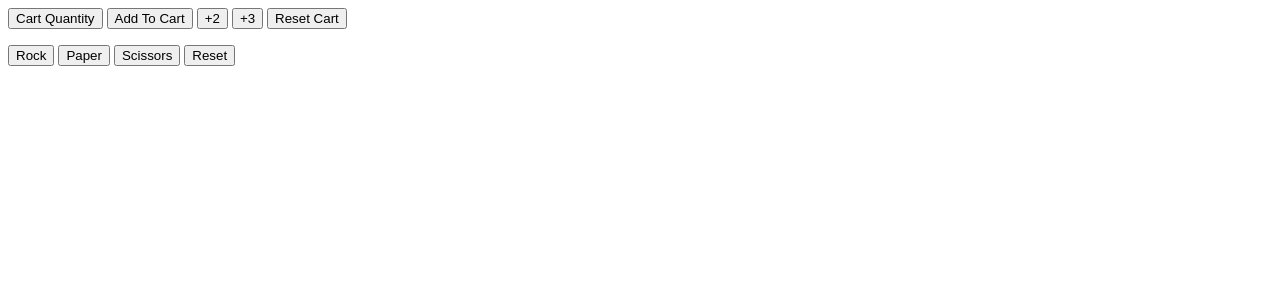
Repository: EguJaredoBoyd/Jared-Learning-Projects
Page: javascript-tutorial.html
These files come from the project's save history. The page is drawn as it stood at one moment and after the next save; the edit follows.
The browser window is 1280 px wide. The pictures show the whole page.

Above is the page before, as saved 2025-07-02 23:36:51.

After the next save:
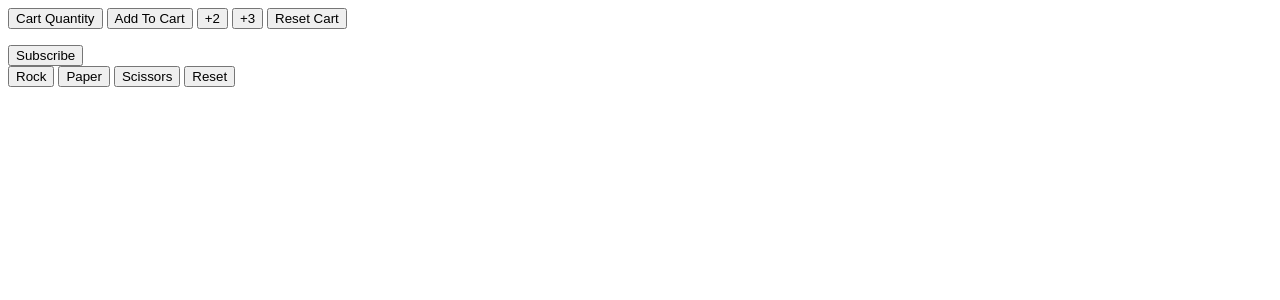
Saved 37 h 37 min later.
--- a/javascript-tutorial.html
+++ b/javascript-tutorial.html
@@ -20,6 +20,7 @@
             cartDisplay()">Reset Cart</button>
 
             <p id="cart-quantity"></p>
+            <button>Subscribe</button>
         </section>
 
         <section>
